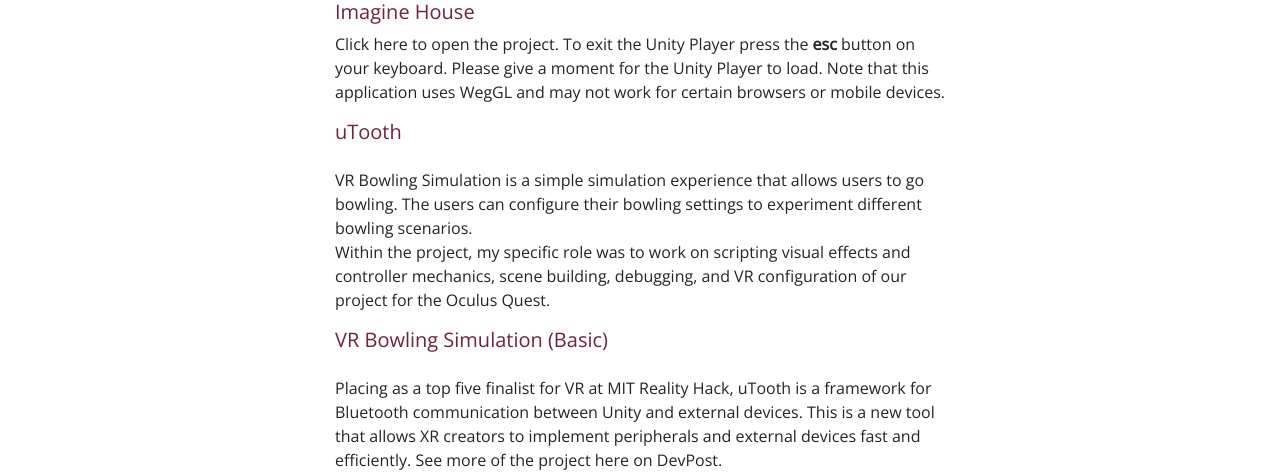
Repository: ceiselm/ceiselm.github.io
Page: subpages/virtualreality.html
An editor plug-in stored every save of this project. The page is shown before and after the next save, followed by the edit.
The browser window is 1280 px wide. The pictures show the part of the page from y = 1197 to 1669 px (the page is 2194 px tall before and 2122 px after).
Pictures or frames that could not be fetched are drawn as grey boxes.

Above is the page before, as saved 2020-12-02 02:21:50.
Console error: TypeError: $(...).slick is not a function

### subpages/virtualreality.html
<!DOCTYPE html>
<html lang="en">

<head>
    <meta charset="utf-8">
    <meta http-equiv="X-UA-Compatible" content="IE=edge">
    <meta name="viewport" content="width=device-width, initial-scale=1">
    <title>M&oacute;nica Ceisel</title>
    <!-- Bootstrap -->
    <link href="../css/bootstrap-4.2.1.css" rel="stylesheet">
    <!-- slick -->
    <link rel="stylesheet" type="text/css" href="../slick/slick.css" />
    <!-- Add the new slick-theme.css if you want the default styling -->
    <link rel="stylesheet" type="text/css" href="../slick/slick-theme.css" />
    <!-- font -->
    <link href="https://fonts.googleapis.com/css?family=Open+Sans&display=swap" rel="stylesheet">
    <!-- overwrites -->
    <link href="../css/home.css" rel="stylesheet">
</head>

<body>
    <main>
        <!-- site navigation component START -->
        <nav class="navbar navbar-expand-lg navbar-dark bg-dark">
            <a class="navbar-brand" href="../index.html">M&oacute;nica Ceisel</a>
            <button class="navbar-toggler" type="button" data-toggle="collapse" data-target="#navbarSupportedContent"
                aria-controls="navbarSupportedContent" aria-expanded="false" aria-label="Toggle navigation">
                <span class="navbar-toggler-icon"></span>
            </button>
            <div class="collapse navbar-collapse" id="navbarSupportedContent">
                <ul class="navbar-nav mr-auto">
                    <li class="nav-item">
                        <a class="nav-link" href="../index.html#startExperience">Experience</a>
                    </li>
                    <li class="nav-item dropdown">
                        <a class="nav-link dropdown-toggle" href="#" id="navbarDropdown" role="button"
                            data-toggle="dropdown" aria-haspopup="true" aria-expanded="false">
                            Projects & Portfolio
                        </a>
                        <div class="dropdown-menu" aria-labelledby="navbarDropdown">
                            <a class="dropdown-item" href="./coding.html">Coding</a>
                            <a class="dropdown-item" href="./virtualreality.html">Virtual Reality</a>
                            <div class="dropdown-divider"></div>
                            <a class="dropdown-item" href="./illustration.html">Illustration</a>
                            <a class="dropdown-item" href="./design.html">Design</a>
                            <a class="dropdown-item" href="./videoandanimation.html">Video and Animation</a>
                        </div>
                    </li>
                    <li class="nav-item">
                        <a class="nav-link" href="../index.html#startAwardsandArticles">Awards & Articles</a>
                    </li>
                </ul>
            </div>
            <!--		HAVE ICONS APPEAR ON BOTTOM FOR RESPONSIVE!-->
            <div class="navabar navbar-collapse">
                <ul class="navbar-nav ml-auto">
                    <li class="nav-item">
                        <a target="_blank" href="mailto:ceiselm@gmail.com"><img class="contact-icon"
                                src="../images/social/mail.svg" title="ceiselm@gmail.com" alt="mail"></a>
                        <a target="_blank" href="https://github.com/ceiselm"><img class="contact-icon"
                                src="../images/social/github.svg" title="ceiselm" alt="github"></a>
                        <a target="_blank" href="https://www.linkedin.com/in/monicaceisel/"><img class="contact-icon"
                                src="../images/social/linkedin.svg" title="monicaceisel" alt="linkedin"></a>
                        <!-- <a target="_blank" href="https://twitter.com/Momonimations"><img class="contact-icon" src="../images/social/twitter.svg" title="Momonimations" alt="twitter"></a> -->
                        <a target="_blank"
                            href="https://drive.google.com/file/d/1HV5KQkNyk81sdp59KWxlXSL7OdILHUgr/view?usp=sharing"><img
                                class="contact-icon" src="../images/social/pdf.svg" title="Resume" alt="resume"></a>
                    </li>
                </ul>
            </div>
        </nav>
        <!-- site navigation component END -->
        <!-- vr START -->
        <div class="container col-lg-6 col-md-10">
            <div class="row">
                <div class="portion">
                    <section>
                        <div class="text-center mt-2">
                            <div class="container">
                                <div class="row">
                                    <div class="col-12 text-left">
                                        <h1 class="section-header">Virtual Reality</h1>
                                        <div class="container">
                                            <div class="row">
                                                <p align="left">
                                                    Various projects built in Unity for the 3D space or for virtual
                                                    reality.
                                                    Click a tile to see more information.
                                                </p>
                                            </div>
                                        </div>
                                        <!-- Options panel START -->
                                        <div class="row mt-2 justify-content-center">
                                            <div class="col">
                                                <div class="row">
                                                    <div class="col-md mt-md-0 mt-1 project-info">
                                                        <a class="tile showSingle" href="#div4" data-target="4">
                                                            <img class="tile-image img-fluid float-left"
                                                                src='../images/virtualreality/vrbowlingcaption.png'
                                                                alt='VR Bowling Simulation' />
                                                            <div class="tile-overlay">
                                                                <div class="text">VR Bowling Simulation</div>
                                                            </div>
                                                        </a>
                                                    </div>
                                                    <div class="col-md mt-md-0 mt-1 project-info">
                                                        <a class="tile showSingle" href="#div3" data-target="3">
                                                            <img class="tile-image img-fluid float-left"
                                                                src='../images/coding/uToothcaption.jpg' alt='uTooth' />
                                                            <div class="tile-overlay">
                                                                <div class="text">uTooth</div>
                                                            </div>
                                                        </a>
                                                    </div>
                                                </div>
                                            </div>
                                        </div>
                                        <div class="row mt-2 justify-content-center">
                                            <div class="col">
                                                <div class="row">
                                                    <div class="col-md mt-md-0 mt-1 project-info">
                                                        <a class="tile showSingle" href="#div1" data-target="1">
                                                            <img class="tile-image img-fluid float-left"
                                                                src='../images/virtualreality/candyislandcaption.png'
                                                                alt='Candy Island' />
                                                            <div class="tile-overlay">
                                                                <div class="text">Candy Island</div>
                                                            </div>
                                                        </a>
                                                    </div>
                                                    <div class="col-md mt-md-0 mt-1 project-info">
                                                        <a class="tile showSingle" href="#div2" data-target="2">
                                                            <img class="tile-image img-fluid float-left"
                                                                src='../images/virtualreality/imaginehousecaption.png'
                                                                alt='Imagine House' />
                                                            <div class="tile-overlay">
                                                                <div class="text">Imagine House</div>
                                                            </div>
                                                        </a>
                                                    </div>
                                                </div>
                                            </div>
                                        </div>
                                        <!-- Options panel END -->
                                        <!-- Sub sections of Coding START -->
                                        <div class="targetDiv" id="div1">
                                            <h5 align="left">Candy Island</h5>
                                            <div class="row justify-content-center">
                                                <div class="col">
                                                    <div class="google-slides-container">
                                                        <iframe
                                                            src="https://docs.google.com/presentation/d/e/2PACX-1vRehbIRt4JYC77-Ro6driDrYbsj1aBgHvNTG0TeHL0P0ejVUGUigEeZyD9aa7sIVu89LSU-XfXIaZSG/embed?start=false&loop=false&delayms=3000"
                                                            frameborder="0" width="960" height="569"
                                                            allowfullscreen="true" mozallowfullscreen="true"
                                                            webkitallowfullscreen="true"></iframe>
                                                    </div>
                                                </div>
                                            </div>
                                        </div>
                                        <div class="targetDiv" id="div2">
                                            <h5 align="left">Imagine House</h5>
                                            <div class="row justify-content-center">
                                                <div class="col">
                                                    <p align="left"> Click <a class="clickme"
                                                            href="../resources/VR/House/index.html">here</a>
                                                        to open the project. To exit the Unity Player press the
                                                        <b>esc</b>
                                                        button on your keyboard. Please give a moment for the Unity
                                                        Player
                                                        to load. Note that this application uses WegGL and may not work
                                                        for
                                                        certain browsers or mobile devices.</p>
                                                    <!--                                                <div class="google-slides-container">-->
                                                    <!--                                                    <iframe src="../resources/VR/House/index.html"-->
                                                    <!--                                                            frameborder="0" width="960" height="569"-->
                                                    <!--                                                            allowfullscreen="true"-->
                                                    <!--                                                            mozallowfullscreen="true"-->
                                                    <!--                                                            webkitallowfullscreen="true">-->
                                                    <!--                                                    </iframe>-->
                                                    <!--                                                </div>-->
                                                </div>
                                            </div>
                                        </div>
                                        <div class="targetDiv" id="div3">

                                            <h5 align="left">uTooth</h5>
                                            <div class="row justify-content-center">
                                                <div class="col">
                                                    <p align="left">
                                                    <div class="words"> VR Bowling Simulation is a
                                                        simple simulation experience that allows users to go bowling. The users
                                                        can configure their bowling settings to experiment different bowling scenarios.
                                                    </div>
                                                    <div class="words">
                                                        Within the project, my specific role was to work on scripting
                                                        visual
                                                        effects and controller mechanics, scene
                                                        building, debugging, and VR configuration of our project for the
                                                        Oculus Quest.
                                                    </div>
                                                    </p>
                                                </div>
                                            </div>
                                        </div>
                                        <div class="targetDiv" id="div4">

                                            <h5 align="left">VR Bowling Simulation (Basic)</h5>
                                            <div class="row justify-content-center">
                                                <div class="col">
                                                    <p align="left">
                                                    <div class="words"> Placing as a top five finalist for VR at <a
                                                            class="clickme" target="_blank"
                                                            href="https://www.mitrealityhack.com/">MIT
                                                            Reality Hack</a>,
                                                        <a class="clickme" target="_blank"
                                                            href="https://devpost.com/software/utooth">uTooth</a> is a
                                                        framework for Bluetooth communication between Unity and external
                                                        devices. This is a new tool that allows XR creators to implement
                                                        peripherals and external devices fast and efficiently. See more
                                                        of
                                                        the project <a class="clickme" target="_blank"
                                                            href="https://devpost.com/software/utooth">here</a>
                                                        on DevPost.
                                                    </div>
                                                    <div class="words">
                                                        Within the project, my specific role was to work on scripting
                                                        visual
                                                        effects and controller mechanics, scene
                                                        building, debugging, and VR configuration of our project for the
                                                        Oculus Quest.
                                                    </div>
                                                    <div class="google-slides-container">
                                                        <iframe width="560" height="315"
                                                            src="https://www.youtube.com/embed/KEyxiXyIOos"
                                                            frameborder="0"
                                                            allow="accelerometer; autoplay; clipboard-write; encrypted-media; gyroscope; picture-in-picture"
                                                            allowfullscreen></iframe>
                                                    </div>
                                                    </p>
                                                </div>
                                            </div>
                                        </div>
                                    </div>
                                    <!-- Subsections Coding END -->
                                </div>
                            </div>
                        </div>
                    </section>
                </div>
            </div>
        </div>
        <!--    <div class="container col-lg-6 col-md-10">-->
        <!--        <div class="row">-->
        <!--            <div class="portion">-->
        <!--                <section>-->
        <!--                    <div class="text-center mt-2">-->
        <!--                        <div class="container">-->
        <!--                            <div class="row justify-content-center">-->
        <!--                                <div class="col-12 text-left">-->
        <!--                                    <h1 class="section-header">Virtual Reality</h1>-->
        <!--                                    <div class="container">-->
        <!--                                        <div class="row">-->

        <!--                                            <p align="left">-->
        <!--                                            </p>-->

        <!--                                        </div>-->
        <!--                                    </div>-->


        <!--                                    <div class="google-slides-container">-->
        <!--                                        <iframe src="https://docs.google.com/presentation/d/e/2PACX-1vRehbIRt4JYC77-Ro6driDrYbsj1aBgHvNTG0TeHL0P0ejVUGUigEeZyD9aa7sIVu89LSU-XfXIaZSG/embed?start=false&loop=false&delayms=3000"-->
        <!--                                                frameborder="0" width="960" height="569" allowfullscreen="true"-->
        <!--                                                mozallowfullscreen="true" webkitallowfullscreen="true"></iframe>-->
        <!--                                    </div>-->
        <!--                                </div>-->
        <!--                            </div>-->
        <!--                        </div>-->
        <!--                    </div>-->
        <!--                </section>-->
        <!--            </div>-->
        <!--        </div>-->
        <!--    </div>-->
        <!-- vr END -->

    </main>
    <!-- footer START -->
    <div class="portion">
        <div class="footer">
            <div class="container h-100">
                <div class="row h-100 justify-content-center align-items-center footer-text">
                    <div class="col-12 text-center">
                        M&oacute;nica Ceisel 2019
                    </div>
                </div>
            </div>
        </div>
    </div>
    <!-- footer END -->
</body>
<!-- jQuery (necessary for Bootstrap's JavaScript plugins) -->
<script src="../js/jquery-3.3.1.min.js"></script>
<!-- Include all compiled plugins (below), or include individual files as needed -->
<script src="../js/popper.min.js"></script>
<script src="../js/bootstrap-4.2.1.js"></script>
<script src="../js/index.js"></script>

</html>

### css/home.css
@charset "utf-8";
/* CSS Document */

body {
  font-family: 'Open Sans', sans-serif;
}

main {
  padding-bottom: 2rem;
}

.footer {
  left: 0;
  bottom: 0;
  width: 100%;
  background-color: #6E243B;
  color: white;
  text-align: center;
  height: 2rem;
  position: relative;
  margin-top: -2rem;
  clear: both;
}

.footer-text {
  font-size: .75rem;
}

.contact-icon {
    height: 1.8em;
    width: 3em;

}

.contact-icon:hover {
    position: relative;
	opacity: .8;
}

.bg-dark {
  background-color: #6E243B !important;
}

.navbar-dark .navbar-nav .nav-link {
    color: rgba(255, 255, 255, 255);
}

h5 {
	color: #6E243B;
}

h5:hover, h5:link, h5:focus {
	color: #EDA200;
}

a {
	text-decoration: none !important;
	color: inherit;
}

a:hover, a:link, a:focus {
	color: inherit;
}

.image {
  position:relative;
  display: block;
  width: 100%;
  height: auto;
  opacity: 0.9;
  transition: 1s ease;
  -webkit-filter: grayscale(100%); /* Safari 6.0 - 9.0 */
  filter: grayscale(100%);
}

.overlay {
  position: relative;
  top: 0;
  bottom: 0;
  left: 0;
  right: 0;
  height: 100%;
  width: 100%;
  opacity: 0.8;
  background-color: #6E243B;
}

.col-md:hover .image {
  opacity: 1;
  -webkit-filter: grayscale(0%); /* Safari 6.0 - 9.0 */
  filter: grayscale(0%);
}

.col-md:hover .overlay {
  opacity: 0;
}


.text {
  color: white;
  font-size: 18pt;
  position: absolute;
  top: 50%;
  left: 50%;
  opacity: 1 !important;
  -webkit-transform: translate(-50%, -50%);
  -ms-transform: translate(-50%, -50%);
  transform: translate(-50%, -50%);
  text-align: center;
}


.slide-item {
  width: 100%;
}


.slick-prev:before {
  color: #6E243B;
}

.slick-next:before {
  color: #6E243B;
}

.slick-dots li.slick-active button::before {
  color: #6E243B;
}

.slick-dots li button::before {
  color: #6E243B;
}

.portion {
  padding-top: 3%;
}

.google-slides-container{
  position: relative;
  width: 100%;
  padding-top: 60%;
  overflow: hidden;
}

.google-slides-container iframe{
  position: absolute;
  top: 0;
  left: 0;
  width: 100%;
  height: 100%;
}

### js/index.js
$(document).ready(function(){
  $('.slides').slick({
    centerMode: true,
    centerPadding: '60px',
    slidesToShow: 1,
    slidesToScroll: 1,
    adaptiveHeight: true,
    dots: true,
    arrows: true,
    variableWidth: true,
    autoplay: true,
    autoplaySpeed: 2000,
    responsive: [
      {
        breakpoint: 768,
        settings: {
          arrows: false,
          centerMode: true,
          centerPadding: '40px',
          slidesToShow: 1
        }
      },
      {
        breakpoint: 480,
        settings: {
          arrows: false,
          centerMode: true,
          centerPadding: '40px',
          slidesToShow: 1
        }
      }
    ]

  });
});

Loaded but not shown: css/bootstrap-4.2.1.css (library); slick/slick.css (common file); slick/slick-theme.css (library); js/jquery-3.3.1.min.js (library); js/popper.min.js (library); js/bootstrap-4.2.1.js (library)

After the next save:
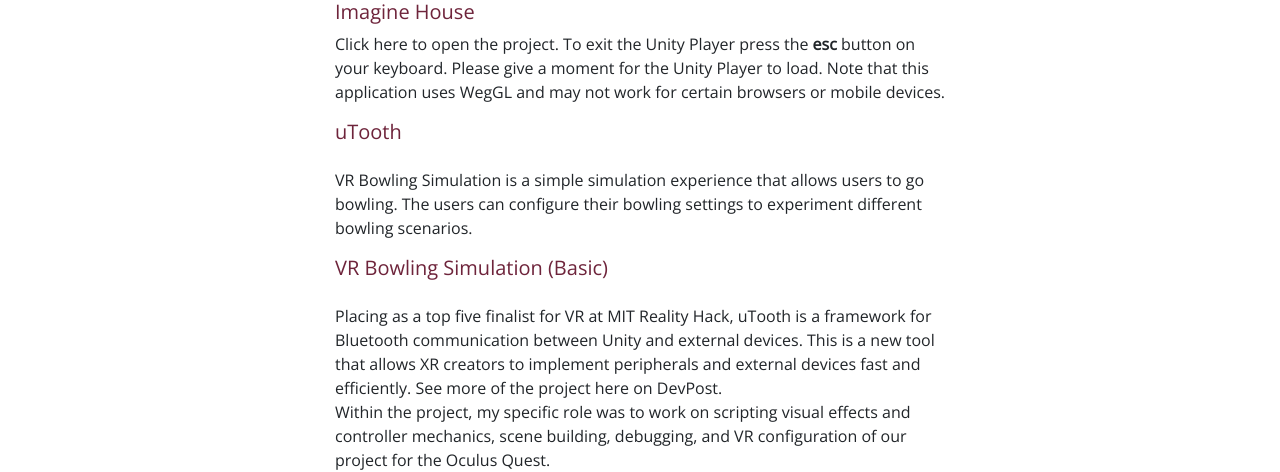
Saved 17 s later.
--- a/subpages/virtualreality.html
+++ b/subpages/virtualreality.html
@@ -191,13 +191,6 @@
                                                         simple simulation experience that allows users to go bowling. The users
                                                         can configure their bowling settings to experiment different bowling scenarios.
                                                     </div>
-                                                    <div class="words">
-                                                        Within the project, my specific role was to work on scripting
-                                                        visual
-                                                        effects and controller mechanics, scene
-                                                        building, debugging, and VR configuration of our project for the
-                                                        Oculus Quest.
-                                                    </div>
                                                     </p>
                                                 </div>
                                             </div>
